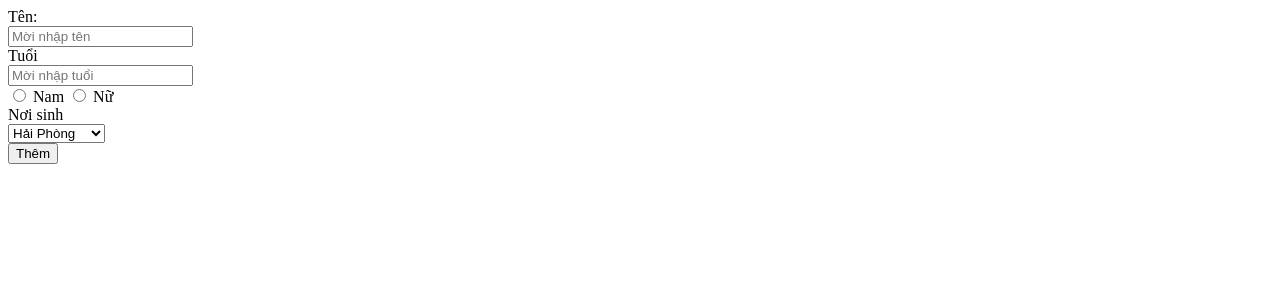
Repository: HieuNT-2001/JAVA-3---SOF203
Page: http://localhost/HocJava4/FormServlet
An editor plug-in stored every save of this project. The page is shown before and after a run of saves, followed by the edit.
The browser window is 1280 px wide. The pictures show the whole page.
The page is served by Tomcat 10. Other server files are loaded and not shown.

Above is the page before, as saved 2024-09-28 04:12:21.

### HocJava4/src/main/webapp/views/Form.jsp
<%@ page language="java" contentType="text/html; charset=UTF-8"
	pageEncoding="UTF-8"%>
<!DOCTYPE html>
<html>
<head>
<meta charset="UTF-8">
<meta name="viewport" content="width=device-width, initial-scale=1">
<title>Insert title here</title>
</head>
<body>
	<form action="">
		<div>
			<label>Tên:</label>
		</div>

		<div>
			<input placeholder="Mời nhập tên" type="text" name="ten">
		</div>

		<div>
			<label>Tuổi</label>
		</div>

		<div>
			<input placeholder="Mời nhập tuổi" type="number" name="tuoi">
		</div>

		<div>
			<input type="radio" name="gioitinh" value="1"> Nam <input
				type="radio" name="gioitinh" value="2"> Nữ
		</div>

		<div>
			<label>Nơi sinh</label>
		</div>

		<div>
			<select>
				<option value="1">Hải Phòng</option>
				<option value="2">Hà Nội</option>
				<option value="3">Hồ Chí Minh</option>
				<option value="4">Cần Thơ</option>
				<option value="5">Đà Nẵng</option>
			</select>
		</div>

		<button type="submit">Thêm</button>
	</form>
</body>
</html>

### HocJava4/src/main/java/controllers/FormServlet.java
package controllers;

import jakarta.servlet.ServletException;
import jakarta.servlet.annotation.WebServlet;
import jakarta.servlet.http.HttpServlet;
import jakarta.servlet.http.HttpServletRequest;
import jakarta.servlet.http.HttpServletResponse;
import java.io.IOException;

/**
 * Servlet implementation class FormServlet
 */
@WebServlet("/FormServlet")
public class FormServlet extends HttpServlet {
	private static final long serialVersionUID = 1L;

    /**
     * @see HttpServlet#HttpServlet()
     */
    public FormServlet() {
        super();
        // TODO Auto-generated constructor stub
    }

	/**
	 * @see HttpServlet#doGet(HttpServletRequest request, HttpServletResponse response)
	 */
	protected void doGet(HttpServletRequest request, HttpServletResponse response) throws ServletException, IOException {
		// TODO Auto-generated method stub
		request.getRequestDispatcher("views/Form.jsp").forward(request, response);
	}

	/**
	 * @see HttpServlet#doPost(HttpServletRequest request, HttpServletResponse response)
	 */
	protected void doPost(HttpServletRequest request, HttpServletResponse response) throws ServletException, IOException {
		// TODO Auto-generated method stub
		doGet(request, response);
	}

}

After the next 3 saves:
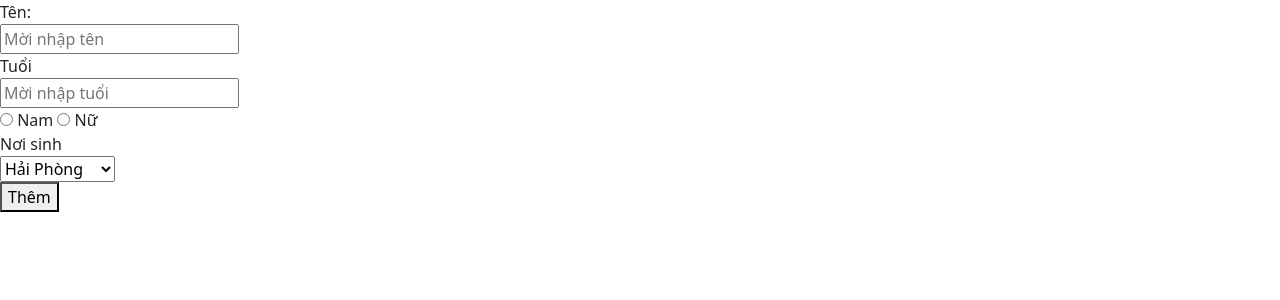
The 3 saves are shown as one change because they came seconds apart.
The last was saved 8 s later.
--- a/HocJava4/src/main/webapp/views/Form.jsp
+++ b/HocJava4/src/main/webapp/views/Form.jsp
@@ -6,6 +6,11 @@
 <meta charset="UTF-8">
 <meta name="viewport" content="width=device-width, initial-scale=1">
 <title>Insert title here</title>
+<link
+	href="https://cdn.jsdelivr.net/npm/bootstrap@5.3.3/dist/css/bootstrap.min.css"
+	rel="stylesheet"
+	integrity="sha384-QWTKZyjpPEjISv5WaRU9OFeRpok6YctnYmDr5pNlyT2bRjXh0JMhjY6hW+ALEwIH"
+	crossorigin="anonymous">
 </head>
 <body>
 	<form action="">
